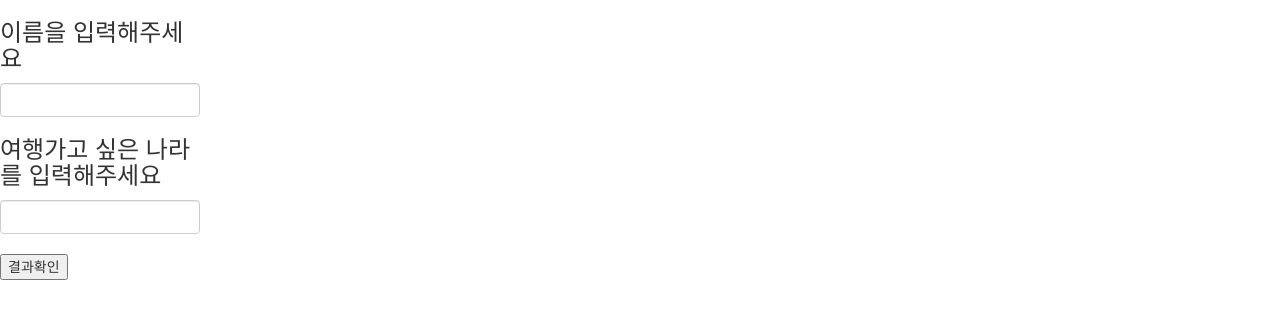
Repository: jungbee2/jungproject
Page: http://localhost/JstlProject/day0330/ex4_choose.jsp
The author's editor kept a copy of each file at every save. The page is drawn from the files as they stood at one save, then again after the next save.
The browser window is 1280 px wide. The pictures show the whole page.
Some web fonts or font styles are not loaded; a fallback is used. The page is served by Tomcat 9.

Above is the page before, as saved 2023-03-30 02:08:58.

After the next save:
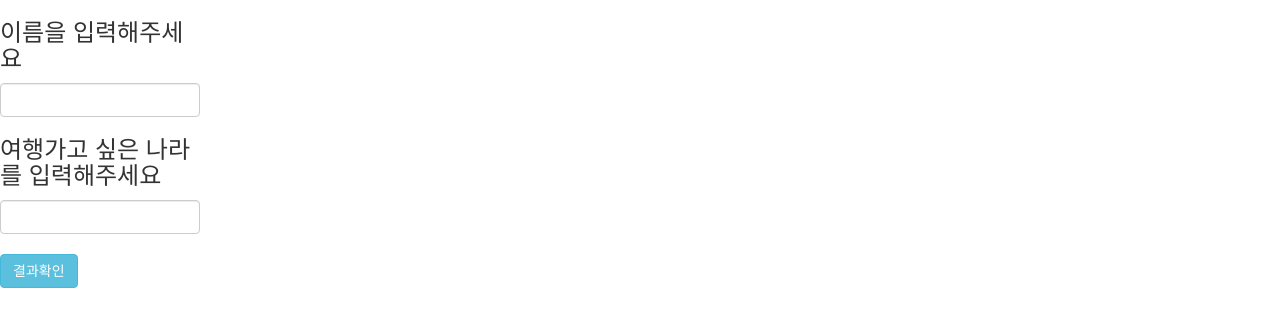
Saved 8 s later.
--- a/JstlProject/src/main/webapp/day0330/ex4_choose.jsp
+++ b/JstlProject/src/main/webapp/day0330/ex4_choose.jsp
@@ -25,7 +25,7 @@
 <h3>여행가고 싶은 나라를 입력해주세요</h3>
 <input type="text" name="nara" class="form-control">
 <br>
-<button type="submit">결과확인</button>
+<button type="submit" class="btn btn-info">결과확인</button>
 </form>
 </body>
 </html>
